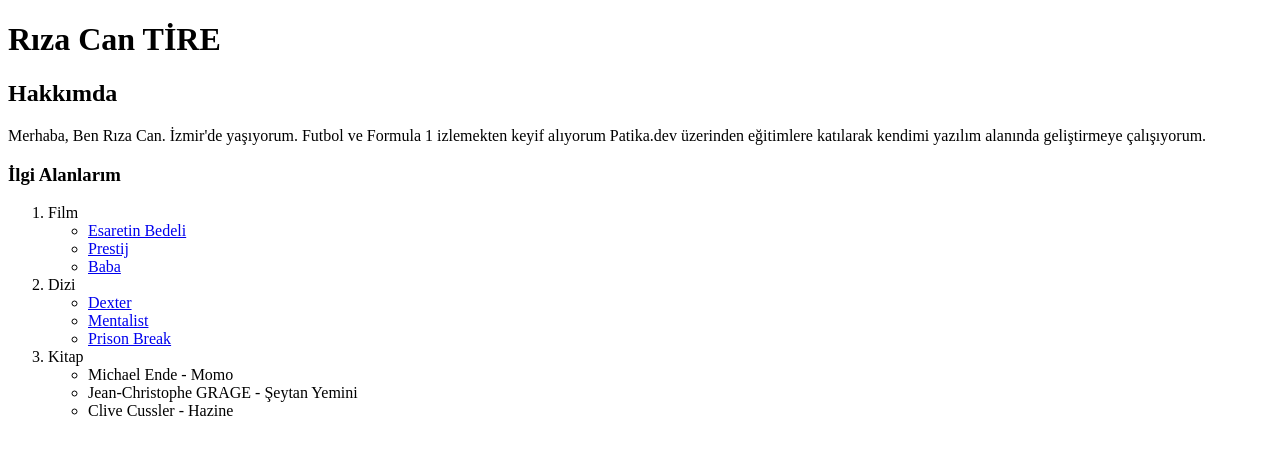
Repository: rizacantire/html
Page: Odev2/index.html
An editor plug-in stored every save of this project. The page is shown before and after the next save, followed by the edit.
The browser window is 1280 px wide. The pictures show the whole page.

Above is the page before, as saved 2021-12-06 23:20:43.

### Odev2/index.html
<!DOCTYPE html>
<html lang="en">
  <head>
    <meta charset="UTF-8" />
    <meta http-equiv="X-UA-Compatible" content="IE=edge" />
    <meta name="viewport" content="width=device-width, initial-scale=1.0" />
    <title>Rıza Can TİRE</title>
  </head>

  <body>
    <!-- isim -->
    <h1>Rıza Can TİRE</h1>
    <h2>Hakkımda</h2>
    <!-- Kısa Bilgi -->
    <p>
      Merhaba, Ben Rıza Can. İzmir'de yaşıyorum. Futbol ve Formula 1 izlemekten
      keyif alıyorum Patika.dev üzerinden eğitimlere katılarak kendimi yazılım
      alanında geliştirmeye çalışıyorum.
    </p>
    <div class="main-content">
      <h3>İlgi Alanlarım</h3>
      <ol type="1">
        <li>
          Film
          <ul>
            <li><a href="https://www.imdb.com/title/tt0111161/">Esaretin Bedeli</a></li>
            <li><a href="https://www.imdb.com/title/tt0482571/">Prestij</a></li>
            <li><a href="https://www.imdb.com/title/tt0068646/">Baba</a></li>
          </ul>
        </li>
        <li>
          Dizi
          <ul>
            <li><a href="https://www.imdb.com/title/tt0773262/">Dexter</a> </li>
            <li><a href="https://www.imdb.com/title/tt1196946/">Mentalist</a></li>
            <li><a href="https://www.imdb.com/title/tt0455275/">Prison Break</a></li>
          </ul>
        </li>
        <li>
          Kitap
          <ul>
            <li>Michael Ende - Momo</li>
            <li>Jean-Christophe GRAGE - Şeytan Yemini</li>
            <li>Clive Cussler - Hazine</li>
          </ul>
        </li>
      </ol>
    </div>
  </body>
</html>

After the next save:
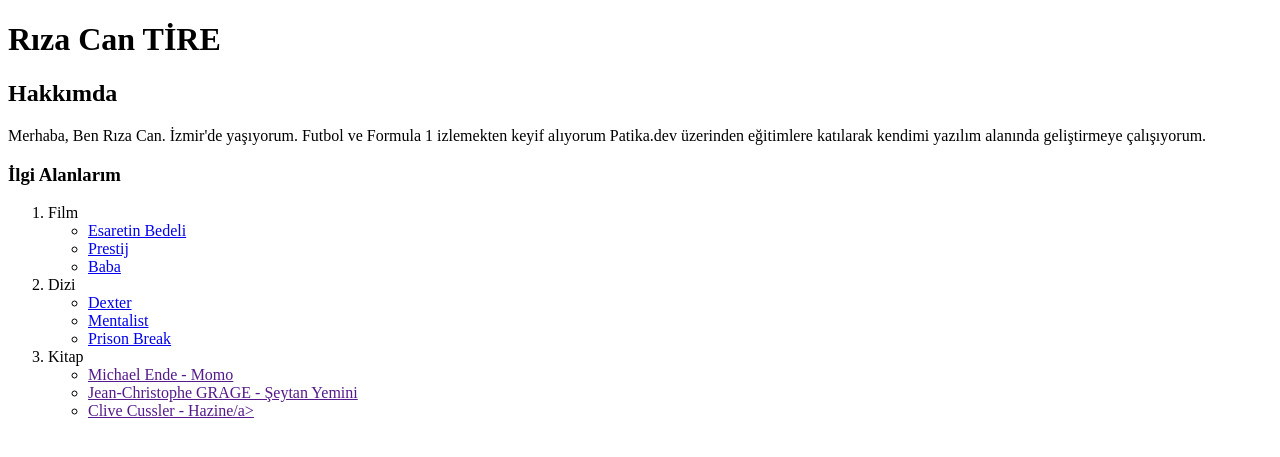
Saved 33 s later.
--- a/Odev2/index.html
+++ b/Odev2/index.html
@@ -39,9 +39,9 @@
         <li>
           Kitap
           <ul>
-            <li>Michael Ende - Momo</li>
-            <li>Jean-Christophe GRAGE - Şeytan Yemini</li>
-            <li>Clive Cussler - Hazine</li>
+            <li><a href="">Michael Ende - Momo</a></li>
+            <li><a href="">Jean-Christophe GRAGE - Şeytan Yemini</a></li>
+            <li><a href="">Clive Cussler - Hazine/a></li>
           </ul>
         </li>
       </ol>
